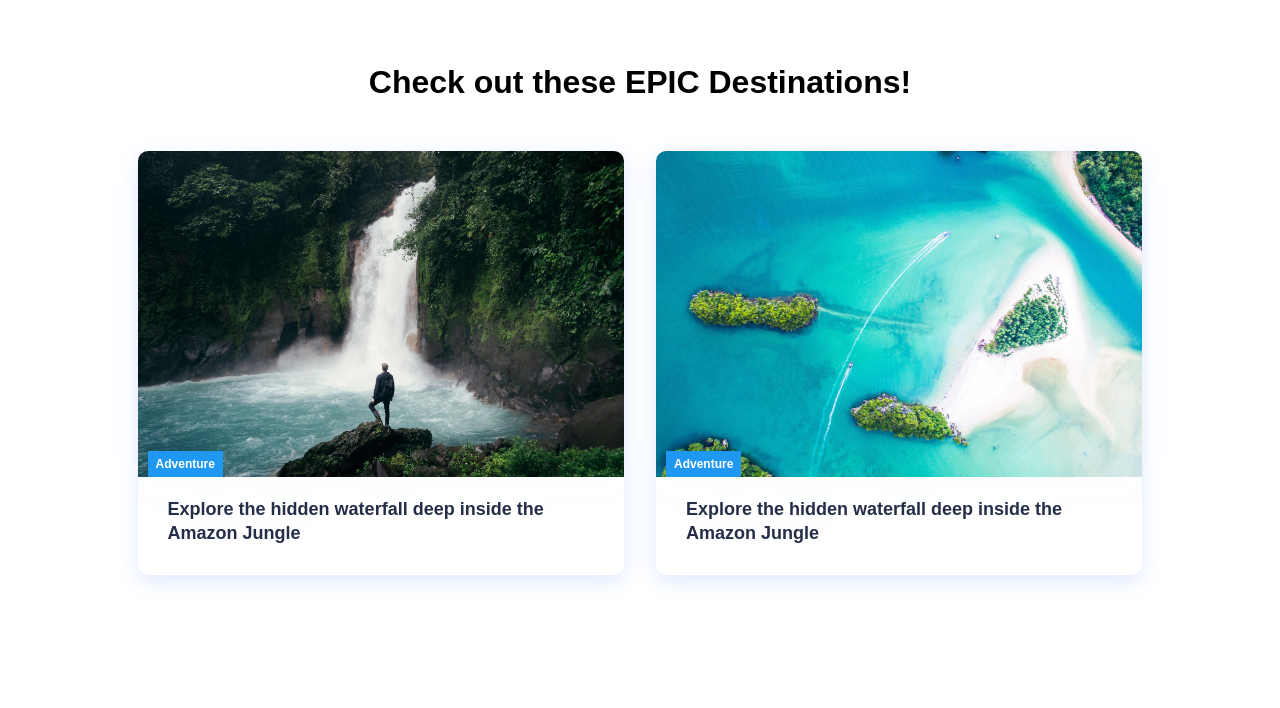
Repository: kate30980/practice-react-lp1
Page: /
An editor plug-in stored every save of this project. The page is shown before and after the next save, followed by the edit.
The browser window is 1280 px wide. The pictures show the part of the page from y = 800 to 1508 px (the page is 1508 px tall).
The project was rebuilt for these pictures with package versions that can differ from the ones it lists, and the page was loaded fresh each time.

Above is the page before, as saved 2021-09-25 15:14:31.

After the next save:
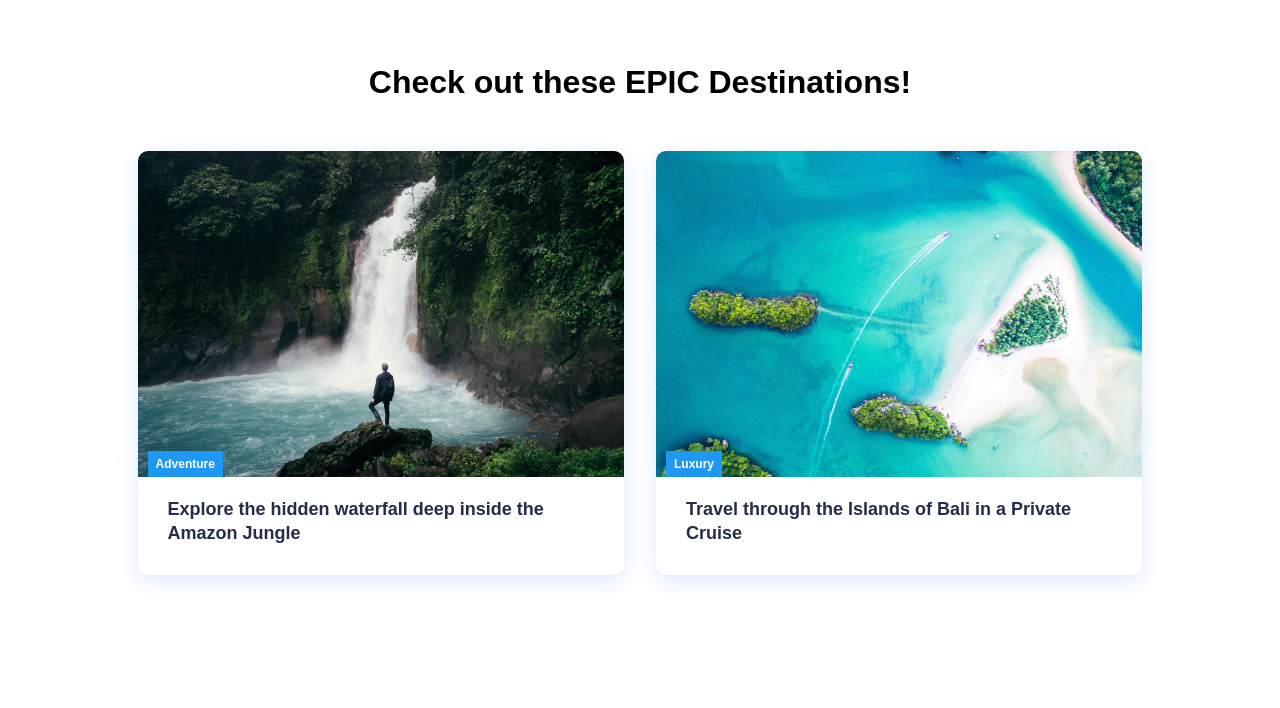
Saved 82 s later.
--- a/src/components/Cards.js
+++ b/src/components/Cards.js
@@ -17,8 +17,8 @@ function Cards() {
             />
             <CardItem
               src="images/img-2.jpg"
-              text="Explore the hidden waterfall deep inside the Amazon Jungle"
-              label="Adventure"
+              text="Travel through the Islands of Bali in a Private Cruise"
+              label="Luxury"
               path="/services"
             />
           </ul>
